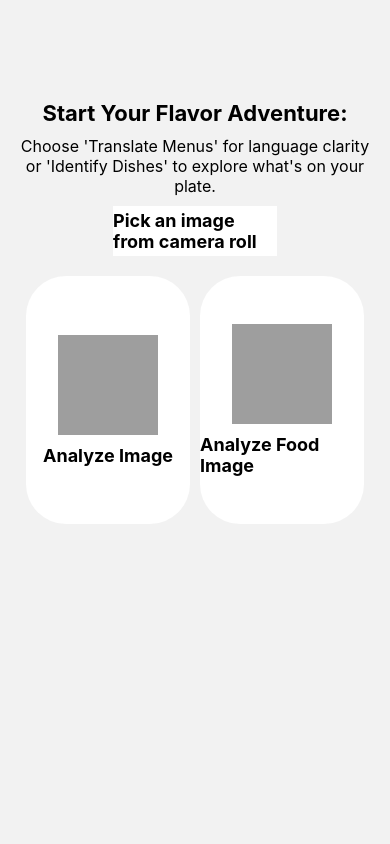
Repository: djdjdallas/taste-without-borders
Screen: /Home
An editor plug-in stored every save of this project. The screen is shown before and after the next save, followed by the edit.
Pictures or frames that could not be fetched are drawn as grey boxes. The app was drawn by React Native's web renderer in a window 390 px wide. The project was rebuilt for these pictures with package versions that can differ from the ones it lists, and the page was loaded fresh each time.

Above is the screen before, as saved 2023-12-26 20:25:34.

After the next save:
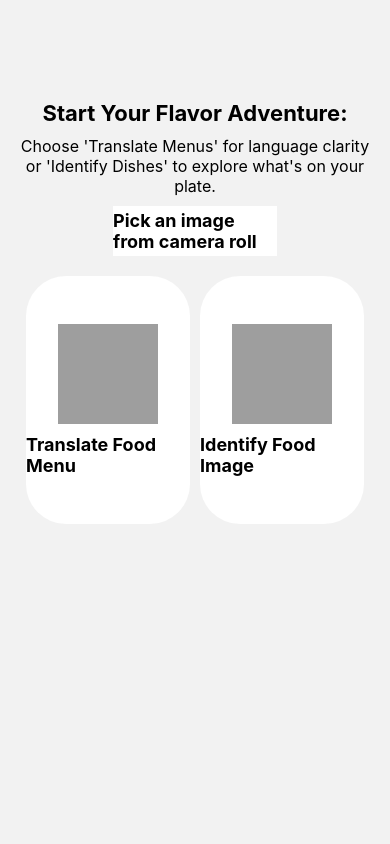
Saved 2 min 46 s later.
--- a/HomeScreen.js
+++ b/HomeScreen.js
@@ -190,12 +190,12 @@ const HomeScreen = () => {
       <View style={styles.buttonGroup}>
         <TouchableOpacity style={styles.button} onPress={analyzeImage}>
           <Image source={iconForAnalyzeImage} style={styles.icon} />
-          <Text style={styles.buttonText}>Analyze Image</Text>
+          <Text style={styles.buttonText}>Translate Food Menu</Text>
         </TouchableOpacity>
 
         <TouchableOpacity style={styles.button} onPress={analyzeFoodImage}>
           <Image source={iconForAnalyzeFoodImage} style={styles.icon} />
-          <Text style={styles.buttonText}>Analyze Food Image</Text>
+          <Text style={styles.buttonText}>Identify Food Image</Text>
         </TouchableOpacity>
       </View>
 
